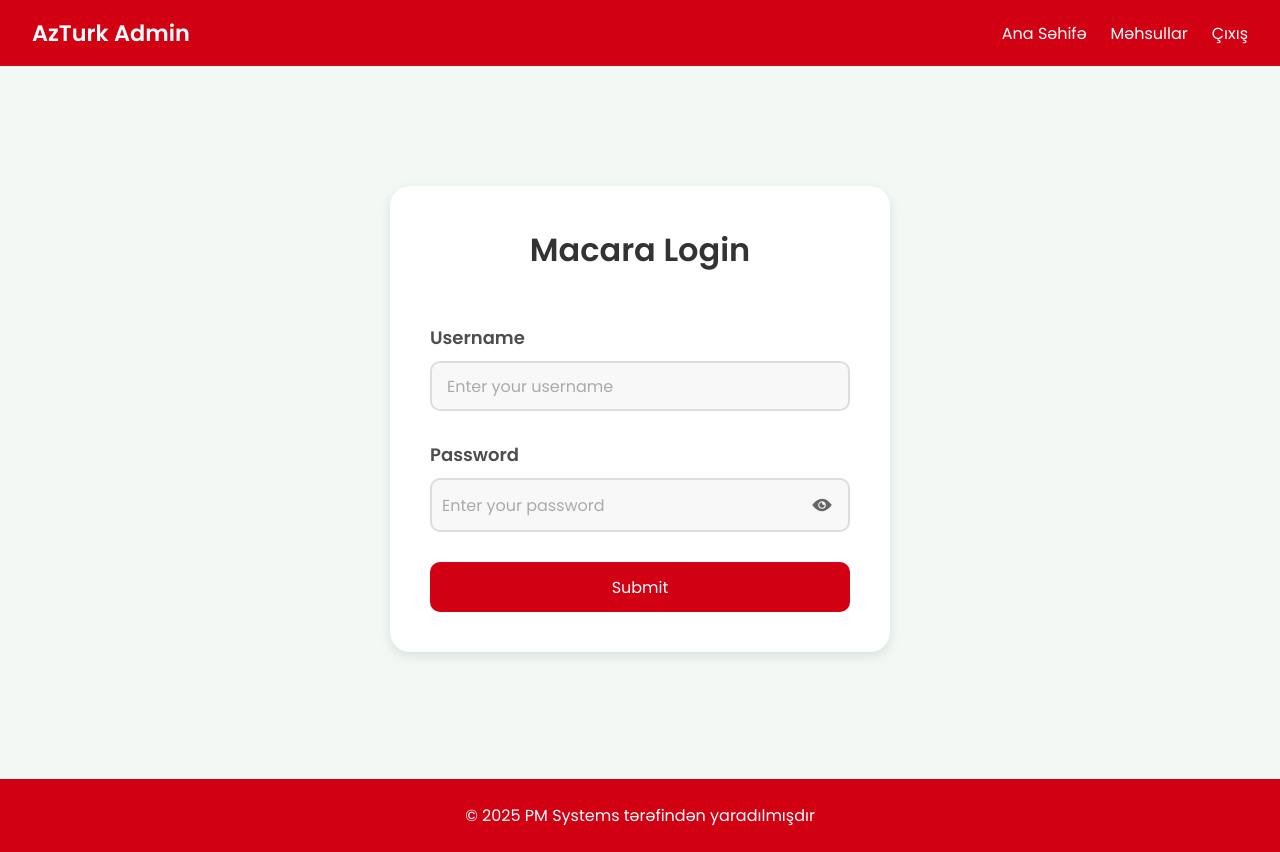
Repository: pmsystemsdevteam/AzTurkPackage-admin
Page: /login (app in admin/)
These files come from the project's save history. The page is drawn as it stood at one moment and after the next save; the edit follows.
The browser window is 1280 px wide. The pictures show the whole page.
The project was rebuilt for these pictures with package versions that can differ from the ones it lists, and the page was loaded fresh each time. Also part of the build but not shown: admin/vite.config.js, admin/src/Pages/HomePage.jsx, admin/src/Pages/SameScssOne/AddPage.jsx, admin/src/Pages/SameScssOne/UpdatePage.jsx, admin/src/Components/DeleteModal/DeleteModal.jsx, admin/src/Pages/SameScssTwo/FoodPage.jsx.

Above is the page before, as saved 2025-07-28 16:21:23.

### admin/index.html
<!doctype html>
<html lang="en">
  <head>
    <meta charset="UTF-8" />
    <link rel="icon" type="image/svg+xml" href="/vite.svg" />
    <meta name="viewport" content="width=device-width, initial-scale=1.0" />
    <link rel="shortcut icon" href="https://icones.pro/wp-content/uploads/2022/07/icones-d-administration-rouge.png" type="image/x-icon">
    <title>AzTurk Admin</title>
  </head>
  <body>
    <div id="root"></div>
    <script type="module" src="/src/main.jsx"></script>
  </body>
</html>

### admin/src/App.jsx
import { BrowserRouter, Route, Routes, Navigate, Outlet } from "react-router-dom";
import "./App.css";
import NotMean from "./Components/NotMean/NotMean";
import Footer from "./Layout/Footer/Footer";
import Navbar from "./Layout/Navbar/Navbar";
import HomePage from "./Pages/HomePage";
import LoginPage from "./Pages/LoginPage";
import AddPage from "./Pages/SameScssOne/AddPage";
import UpdatePage from "./Pages/SameScssOne/UpdatePage";
import FoodPage from "./Pages/SameScssTwo/FoodPage";
import axios from "axios";
import { useEffect, useState } from "react";

const PrivateRoute = () => {
  const isAuthenticated = !!localStorage.getItem("access_token");
  return isAuthenticated ? <Outlet /> : <Navigate to="/login" replace />;
};

const AdminRoute = () => {
  const [isAdmin, setIsAdmin] = useState(null);

  useEffect(() => {
    const checkAdmin = async () => {
      try {
        const response = await axios.get("http://172.20.10.175:8000/api/auth/user/", {
          headers: { Authorization: `Bearer ${localStorage.getItem("access_token")}` },
        });
        setIsAdmin(response.data.is_admin || false);
      } catch {
        setIsAdmin(false);
      }
    };
    checkAdmin();
  }, []);

  if (isAdmin === null) return null;
  return isAdmin ? <Outlet /> : <Navigate to="/login" replace />;
};

function App() {
  return (
    <BrowserRouter>
      <Navbar />
      <NotMean />
      <Routes>
        <Route path="/login" element={<LoginPage />} />
        <Route element={<PrivateRoute />}>
          <Route element={<AdminRoute />}>
            <Route path="/dashboard" element={<HomePage />} />
            <Route path="/erzaq" element={<FoodPage />} />
            <Route path="/erzaq/edit/:id" element={<UpdatePage />} />
            <Route path="/erzaq/add" element={<AddPage />} />
          </Route>
        </Route>
      </Routes>
      <Footer />
    </BrowserRouter>
  );
}

export default App;

### admin/src/App.css
* {
  padding: 0;
  margin: 0;
  box-sizing: border-box;
}
::-webkit-scrollbar {
  width: 10px;
  height: 10px;
}

::-webkit-scrollbar-track {
  background: #ffe0d1;
  border-radius: 5px;
}

::-webkit-scrollbar-thumb {
  background: #D10013;
  border-radius: 5px;
  border: 2px solid #ffe0d1;
}

::-webkit-scrollbar-thumb:hover {
  background: #ff5722;
}

* {
  scrollbar-color: #D10013 #ffe0d1;
  scrollbar-width: thin;
}

### admin/src/Components/NotMean/NotMean.jsx
import React from 'react'
import './NotMean.scss'

function NotMean() {
  return (
    <div className="not-mean-container">
      NotMean Səhifəsi
    </div>
  )
}

export default NotMean

### admin/src/Layout/Footer/Footer.jsx
import React from 'react'
import './Footer.scss'

function Footer() {
  const year = new Date().getFullYear();
  return (
    <footer className="footer">
      <p>© {year} PM Systems tərəfindən yaradılmışdır</p>
    </footer>
  )
}

export default Footer

### admin/src/Layout/Navbar/Navbar.jsx
import React, { useState } from "react";
import { Link } from "react-router-dom";
import "./Navbar.scss";

const Navbar = () => {
  const [isOpen, setIsOpen] = useState(false);

  const toggleMenu = () => {
    setIsOpen(!isOpen);
  };

  return (
    <nav className="navbar">
      <div className="logo">
        <Link to="/">AzTurk Admin</Link>
      </div>
      <div className={`nav-links ${isOpen ? "open" : ""}`}>
        <Link to="/" onClick={toggleMenu}>Ana Səhifə</Link>
        <Link to="/erzaq" onClick={toggleMenu}>Məhsullar</Link>

        <Link to="/cixis" onClick={toggleMenu}>Çıxış</Link>
      </div>
      <div className="hamburger" onClick={toggleMenu}>
        {isOpen ? "✕" : "☰"}
      </div>
    </nav>
  );
};

export default Navbar;

### admin/src/Pages/LoginPage.jsx
import React, { useState } from "react";
import "./Main.scss";
import { IoIosEye, IoIosEyeOff } from "react-icons/io";
import axios from "axios";
import { useNavigate } from "react-router-dom";

function LoginPage() {
  const [eye, setEye] = useState(false);
  const [loading, setLoading] = useState(false);
  const [formData, setFormData] = useState({
    username: "",
    password: "",
  });
  const [error, setError] = useState("");
  const navigate = useNavigate();

  const handleEye = () => setEye(!eye);

  const handleChange = (e) => {
    setFormData({ ...formData, [e.target.name]: e.target.value });
    setError("");
  };

  const handleSubmit = async (e) => {
    e.preventDefault();
    setLoading(true);
    setError("");

    try {
      const response = await axios.post("http://192.168.30.73:8000/api/auth/token/", {
        username: formData.username,
        password: formData.password,

      });



      // Assuming the response contains access and refresh tokens
      localStorage.setItem("access_token", response.data.access);
      localStorage.setItem("refresh_token", response.data.refresh);

      // Redirect to a protected route (e.g., dashboard)
      navigate("/dashboard");
    } catch (err) {
      setError(
        err.response?.data?.detail || "Login failed. Please try again."
      );
    } finally {
      setLoading(false);
    }
  };

  return (
    <section id="loginPage">
      <form onSubmit={handleSubmit}>
        <h1>Macara Login</h1>
        {error && <p className="error">{error}</p>}
        <div className="form-group">
          <label>Username</label>
          <input
            type="text"
            name="username"
            placeholder="Enter your username"
            value={formData.username}
            onChange={handleChange}
            required
          />
        </div>
        <div className="form-group">
          <label>Password</label>
          <div className="input-wrapper">
            <input
              type={eye ? "text" : "password"}
              name="password"
              placeholder="Enter your password"
              value={formData.password}
              onChange={handleChange}
              required
            />
            <span className="eye-icon" onClick={handleEye}>
              {eye ? <IoIosEyeOff /> : <IoIosEye />}
            </span>
          </div>
        </div>
        <button type="submit" disabled={loading}>
          {loading ? (
            <img
              src="https://raw.githubusercontent.com/Codelessly/FlutterLoadingGIFs/master/packages/cupertino_activity_indicator_large.gif"
              alt="loading"
            />
          ) : (
            "Submit"
          )}
        </button>
      </form>
    </section>
  );
}

export default LoginPage;

### admin/src/Components/NotMean/NotMean.scss
.not-mean-container {
    font-family: 'Poppins', sans-serif;
    font-size: 1.2rem;
    margin-top: 30px;
    color: #333;
    background: red;
  }

  /* Responsiv dizayn */
  @media (max-width: 768px) {
    .not-mean-container {
      padding: 1rem;
      font-size: 1rem;
    margin-top: 20px;

    }
  }

  @media (max-width: 480px) {
    .not-mean-container {
      font-size: 0.95rem;
    }
  }

### admin/src/Layout/Footer/Footer.scss
@import url('https://fonts.googleapis.com/css2?family=Poppins:wght@400;600&display=swap');

.footer {
  background-color: #D10013; // yeməyə aid narıncı ton
  color: #fff;
  text-align: center;
  padding: 1.5rem 1rem;
  font-family: 'Poppins', sans-serif;
  font-size: 1rem;

  p {
    margin: 0;
    font-weight: 400;
  }

  @media (max-width: 600px) {
    font-size: 0.9rem;
    padding: 1rem;
  }
}

### admin/src/Layout/Navbar/Navbar.scss
@import url("https://fonts.googleapis.com/css2?family=Poppins:wght@400;600&display=swap");

.navbar {
  background-color: #D10013;
  display: flex;
  justify-content: space-between;
  align-items: center;
  padding: 1rem 2rem;
  font-family: "Poppins", sans-serif;
  color: #fff;
  z-index: 2;
  position: fixed;
  top: 0;
  left: 0;
  width: 100%;

  .logo a {
    color: #fff;
    text-decoration: none;
    font-size: 1.4rem;
    font-weight: 600;
  }

  .nav-links {
    display: flex;
    gap: 1.5rem;

    a {
      color: #fff;
      text-decoration: none;
      font-weight: 500;

      &:hover {
        text-decoration: underline;
      }
    }
  }

  .hamburger {
    display: none;
    font-size: 2rem;
    cursor: pointer;
    color: #fff;
    z-index: 1001;
  }

  @media (max-width: 768px) {
    .nav-links {
      position: fixed;
      top: 0;
      right: -100%;
      height: 100vh;
      width: 250px;
      background-color: #D10013;
      flex-direction: column;
      align-items: flex-start;
      padding: 5rem 2rem;
      gap: 1.5rem;
      transition: right 0.3s ease-in-out;
      z-index: 1000;

      a {
        font-size: 1.2rem;
        width: 100%;
      }
    }

    .nav-links.open {
      right: 0;
    }

    .hamburger {
      display: block;
    }

    .logo {
      z-index: 1001;
    }
  }
}

### admin/src/Pages/Main.scss
@import url("https://fonts.googleapis.com/css2?family=Poppins:wght@400;600&display=swap");

.home-container {
  position: relative;
  height: 83vh;
  background-image: url("https://img.freepik.com/premium-photo/mail-boxes-shipping-packaging-background-wallpaper_446063-240.jpg");
  background-size: cover;
  background-position: center;
  background-repeat: no-repeat;
  overflow: hidden;
  font-family: "Poppins", sans-serif;
}

.face {
  position: absolute;
  top: 0;
  left: 0;
  width: 100%;
  height: 100%;
  background: rgba(0, 0, 0, 0.34);
  display: flex;
  flex-direction: column;
  justify-content: center;
  align-items: center;
  text-align: center;
  padding: 2rem;
  color: #fff;
}

.count-text {
  font-size: 1.8rem;
}

.icon-wrapper {
  margin-bottom: 1.5rem;
}

.animated-icon {
  font-size: 4rem;
  color: #D10013;
  animation: pulse 1.5s infinite;
}

/* Animasiya */
@keyframes pulse {
  0% {
    transform: scale(1);
    opacity: 0.8;
  }
  50% {
    transform: scale(1.2);
    opacity: 1;
  }
  100% {
    transform: scale(1);
    opacity: 0.8;
  }
}

/* Responsiv */
@media (max-width: 600px) {
  .count-text {
    font-size: 1.4rem;
  }

  .animated-icon {
    font-size: 3rem;
  }
}

#loginPage {
  height: 100vh;
  display: flex;
  justify-content: center;
  align-items: center;
  background: #f2f9f4; /* Təbii yaşıl və krem qarışığı */
  form {
    background: #ffffff; /* Ağ və açıq rəngli arxa plan */
    padding: 40px;
    border-radius: 20px;
    display: flex;
    flex-direction: column;
    gap: 30px;
    box-shadow: 0 4px 12px rgba(0, 0, 0, 0.1);
    font-family: "Poppins", sans-serif;
    width: 500px;
    @media (max-width: 768px) {
      width: 300px;
    }
    h1 {
      font-size: 32px;
      font-family: "Poppins", sans-serif;

      text-align: center;
      color: #333; /* Başlıq üçün şərq boz */
      margin-bottom: 20px;
    }

    .form-group {
      display: flex;
      flex-direction: column;
      gap: 10px;

      label {
        font-size: 18px;
        font-weight: bold;
        color: #4e4e4e;
      }

      input {
        height: 50px;
        padding: 15px;
        border-radius: 10px;
        border: 2px solid #ddd;
        background: #f8f8f8;
        font-family: "Poppins", sans-serif;

        font-size: 16px;
        color: #333;
        outline: none;

        &:focus {
          border-color: #D10013;
        }
        @media (max-width: 768px) {
          width: 100%;
        }
        &::placeholder {
          color: #aaa; /* Göstərilməyən mətndə təbii rəng */
        }
      }

      .input-wrapper {
        display: flex;
        align-items: center;
        background: #f8f8f8;
        border-radius: 10px;
        padding: 0px 15px 0px 0px;
        border: 2px solid #ddd;

        input {
          flex: 1;
          background: transparent;
          border: none;
          outline: none; /* Input-a fokus olunduqda outline-ı silirik */
          padding: 10px; /* Düzgün görünüş üçün */

        }



        .eye-icon {
          font-size: 22px;
          color: #666;
          cursor: pointer;
          display: flex;
        }
      }

    }

    button {
      height: 50px;
      background-color: #D10013;
      color: white;
      font-size: 16px;
      font-family: "Poppins", sans-serif;

      border: none;
      border-radius: 10px;
      cursor: pointer;
      transition: background 0.3s ease;

      &:hover {
        background-color: #ff5722;
      }

      img {
        width: 40px;
        height: auto;
      }
    }

    @media (max-width: 757px) {
      width: 90%;
      padding: 30px 20px;

      .form-group {
        width: 100%;
      }
    }
  }
}

### admin/src/Components/DeleteModal/DeleteModal.scss
@import url("https://fonts.googleapis.com/css2?family=Poppins:wght@400;600&display=swap");

.modal-overlay {
  position: fixed;
  top: 0;
  left: 0;
  width: 100%;
  height: 100%;
  background: rgba(0, 0, 0, 0.4); // arxa görünən hissə
  display: flex;
  justify-content: center;
  align-items: center;
  z-index: 1000;
  animation: fadeIn 0.3s ease-in-out;
}

.modal-box {
  background: white;
  padding: 2rem;
  border-radius: 12px;
  box-shadow: 0 10px 20px rgba(0, 0, 0, 0.2);
  text-align: center;
  font-family: 'Poppins', sans-serif;
  max-width: 400px;
  width: 90%;
  position: relative;
  animation: slideIn 0.3s ease-in-out;
}

.modal-box h3 {
  margin-bottom: 1.5rem;
  color: #333;
  font-weight: 600;
}

.modal-buttons {
  display: flex;
  justify-content: center;
  gap: 1rem;
}

.delete-btn {
  background-color: #f44336;
  color: white;
  border: none;
  padding: 0.6rem 1.2rem;
  border-radius: 6px;
  cursor: pointer;
  font-weight: 500;
}

.cancel-btn {
  background-color: #eee;
  color: #333;
  border: none;
  padding: 0.6rem 1.2rem;
  border-radius: 6px;
  cursor: pointer;
  font-weight: 500;
}

.close-button {
  position: absolute;
  top: 8px;
  right: 12px;
  font-size: 1.5rem;
  border: none;
  background: none;
  cursor: pointer;
  color: #888;
}

@keyframes fadeIn {
  from {
    opacity: 0;
  }
  to {
    opacity: 1;
  }
}

@keyframes slideIn {
  from {
    transform: translateY(-20px);
    opacity: 0.3;
  }
  to {
    transform: translateY(0);
    opacity: 1;
  }
}

Loaded but not shown: admin/src/main.jsx (common file); admin/src/Pages/SameScssTwo/FoodPage.scss (342 lines, source omitted); admin/src/Pages/SameScssOne/UpdatePage.scss (244 lines, source omitted); admin/src/index.css (no stored copy; drawn as an empty file)

After the next save:
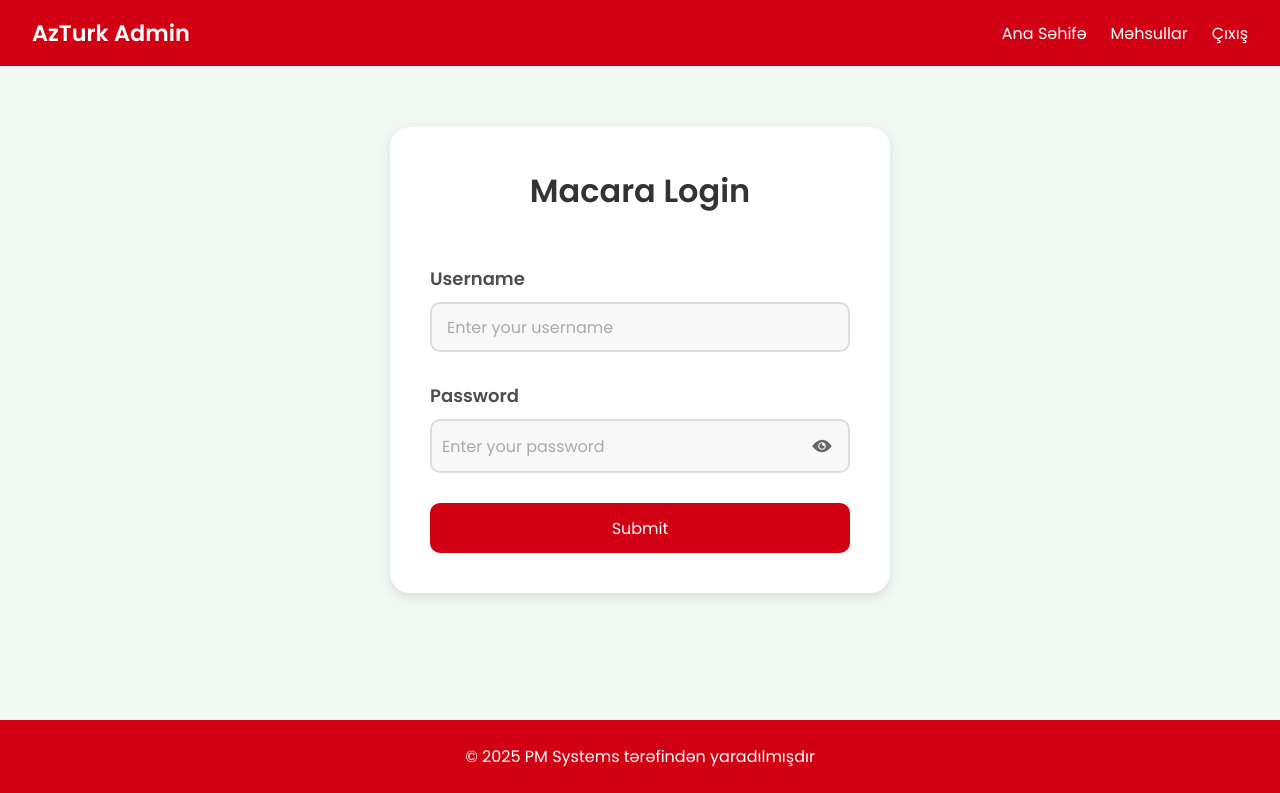
Saved 11 s later.
--- a/admin/src/App.jsx
+++ b/admin/src/App.jsx
@@ -1,6 +1,5 @@
 import { BrowserRouter, Route, Routes, Navigate, Outlet } from "react-router-dom";
 import "./App.css";
-import NotMean from "./Components/NotMean/NotMean";
 import Footer from "./Layout/Footer/Footer";
 import Navbar from "./Layout/Navbar/Navbar";
 import HomePage from "./Pages/HomePage";
@@ -30,7 +29,11 @@
         setIsAdmin(false);
       }
     };
-    checkAdmin();
+    if (localStorage.getItem("access_token")) {
+      checkAdmin();
+    } else {
+      setIsAdmin(false);
+    }
   }, []);
 
   if (isAdmin === null) return null;
@@ -41,7 +44,6 @@
   return (
     <BrowserRouter>
       <Navbar />
-      <NotMean />
       <Routes>
         <Route path="/login" element={<LoginPage />} />
         <Route element={<PrivateRoute />}>
@@ -52,6 +54,7 @@
             <Route path="/erzaq/add" element={<AddPage />} />
           </Route>
         </Route>
+        <Route path="*" element={<Navigate to="/login" replace />} />
       </Routes>
       <Footer />
     </BrowserRouter>

After the 2 saves that followed:
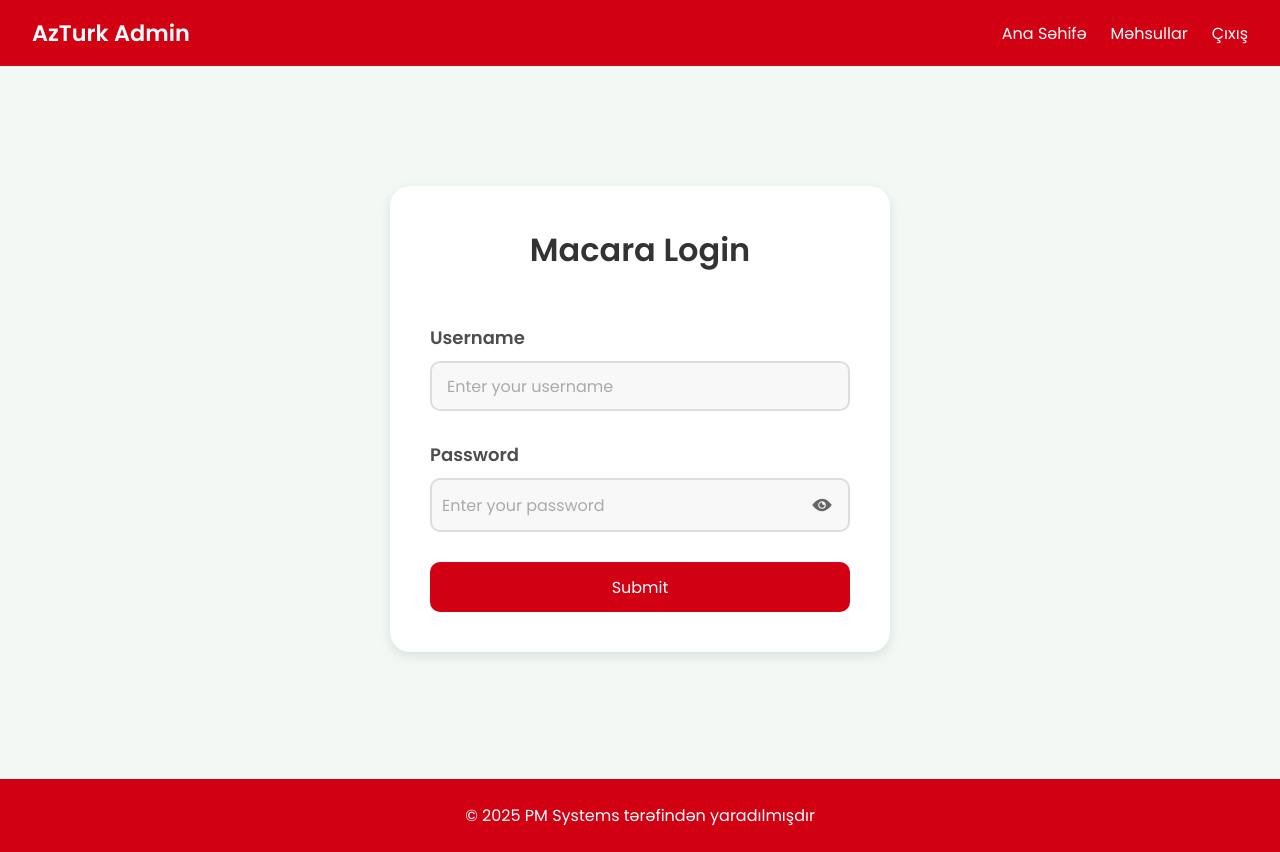
The 2 saves are shown as one change because 1 left the picture as it was.
The last was saved 103 s later.
--- a/admin/src/App.jsx
+++ b/admin/src/App.jsx
@@ -1,5 +1,6 @@
 import { BrowserRouter, Route, Routes, Navigate, Outlet } from "react-router-dom";
 import "./App.css";
+import NotMean from "./Components/NotMean/NotMean";
 import Footer from "./Layout/Footer/Footer";
 import Navbar from "./Layout/Navbar/Navbar";
 import HomePage from "./Pages/HomePage";
@@ -29,11 +30,7 @@
         setIsAdmin(false);
       }
     };
-    if (localStorage.getItem("access_token")) {
-      checkAdmin();
-    } else {
-      setIsAdmin(false);
-    }
+    checkAdmin();
   }, []);
 
   if (isAdmin === null) return null;
@@ -44,6 +41,7 @@
   return (
     <BrowserRouter>
       <Navbar />
+      <NotMean />
       <Routes>
         <Route path="/login" element={<LoginPage />} />
         <Route element={<PrivateRoute />}>
@@ -54,7 +52,6 @@
             <Route path="/erzaq/add" element={<AddPage />} />
           </Route>
         </Route>
-        <Route path="*" element={<Navigate to="/login" replace />} />
       </Routes>
       <Footer />
     </BrowserRouter>
